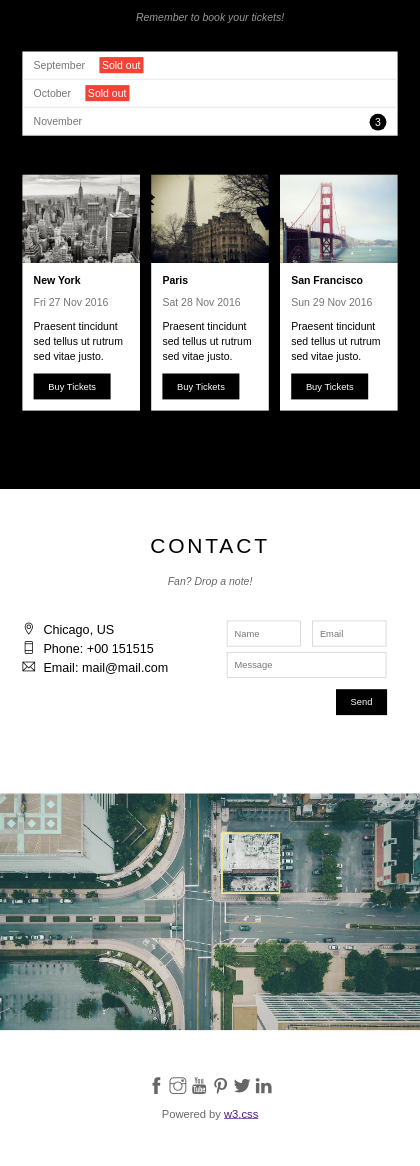
Repository: funboy13/webnew
Page: index.html
The author's editor kept a copy of each file at every save. The page is drawn from the files as they stood at one save, then again after the next save.
The browser window is 600 px wide. The pictures show the part of the page from y = 2141 to 4381 px (the page is 3806 px tall before and 5214 px after), at 70% of full size.

Above is the page before, as saved 2021-08-21 09:13:06.

After the next save:
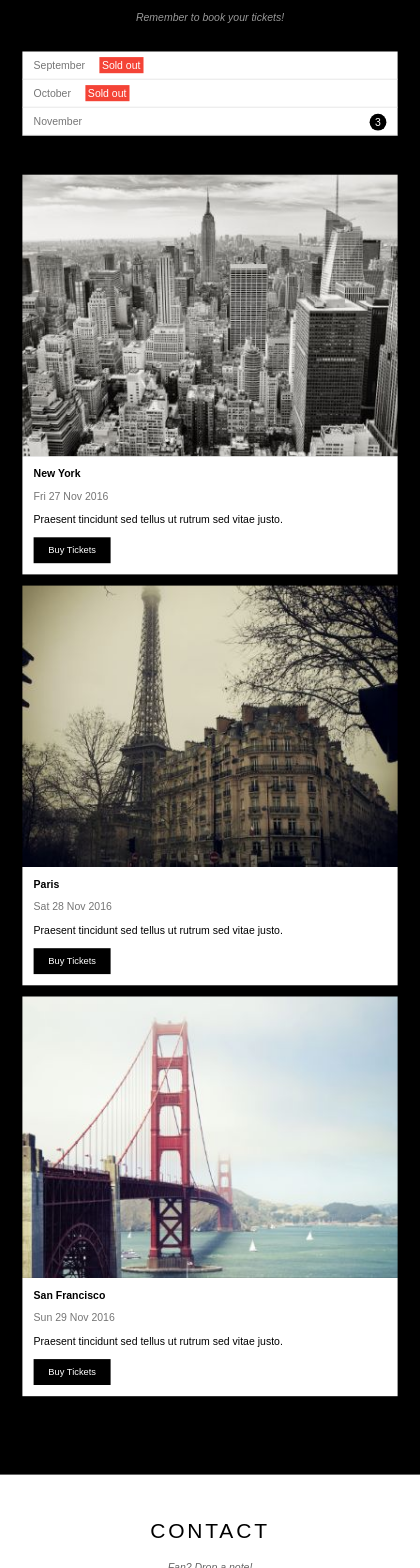
Saved 63 s later.
--- a/assets/css/responsive.css
+++ b/assets/css/responsive.css
@@ -1,5 +1,8 @@
 /* mobile  */
 @media  (max-width : 740px) {
+    .s-col-ful{
+        width: 100%;
+    }
     #nav {
         display: block;
     }
